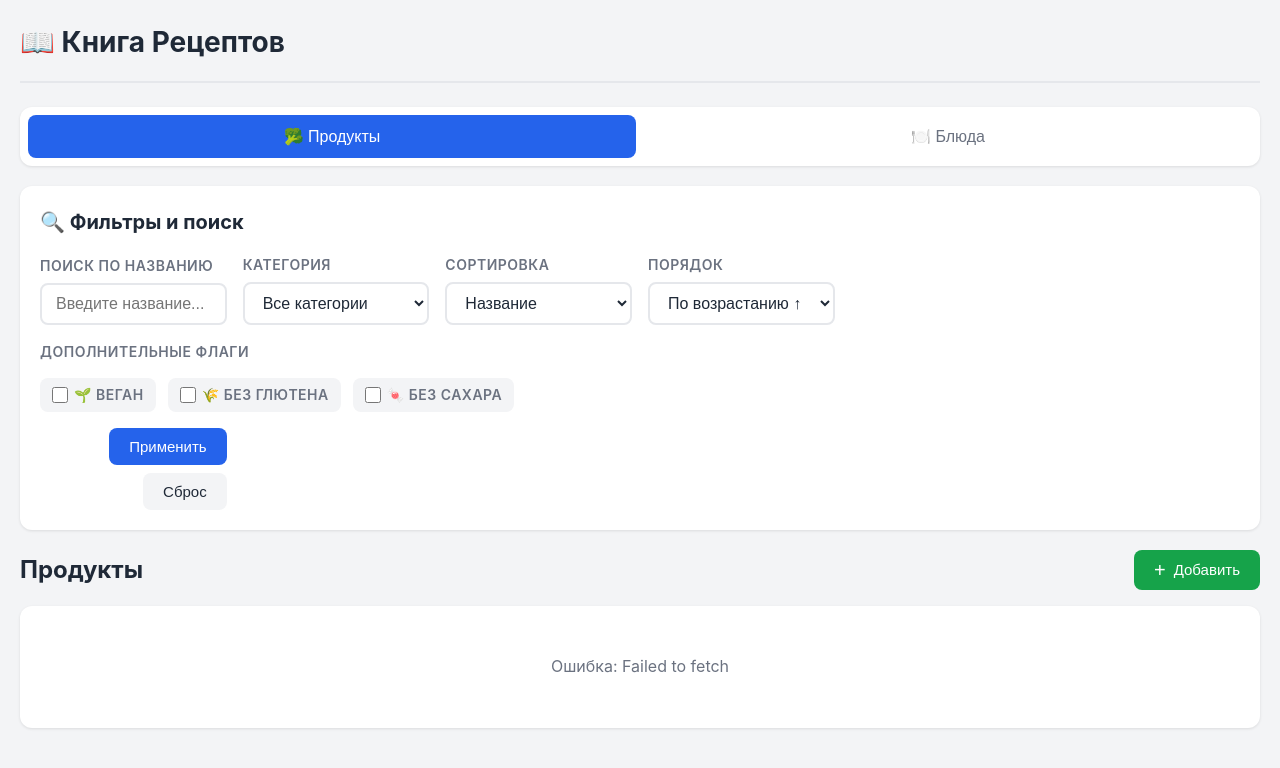
Repository: WorM1337/Testing-project
Page: Web/wwwroot/index.html
The author's editor kept a copy of each file at every save. The page is drawn from the files as they stood at one save, then again after the next save.
The browser window is 1280 px wide. The pictures show the whole page.
The page's requests for data from a server got no answer.

Above is the page before, as saved 2026-04-12 14:40:23.

After the next save:
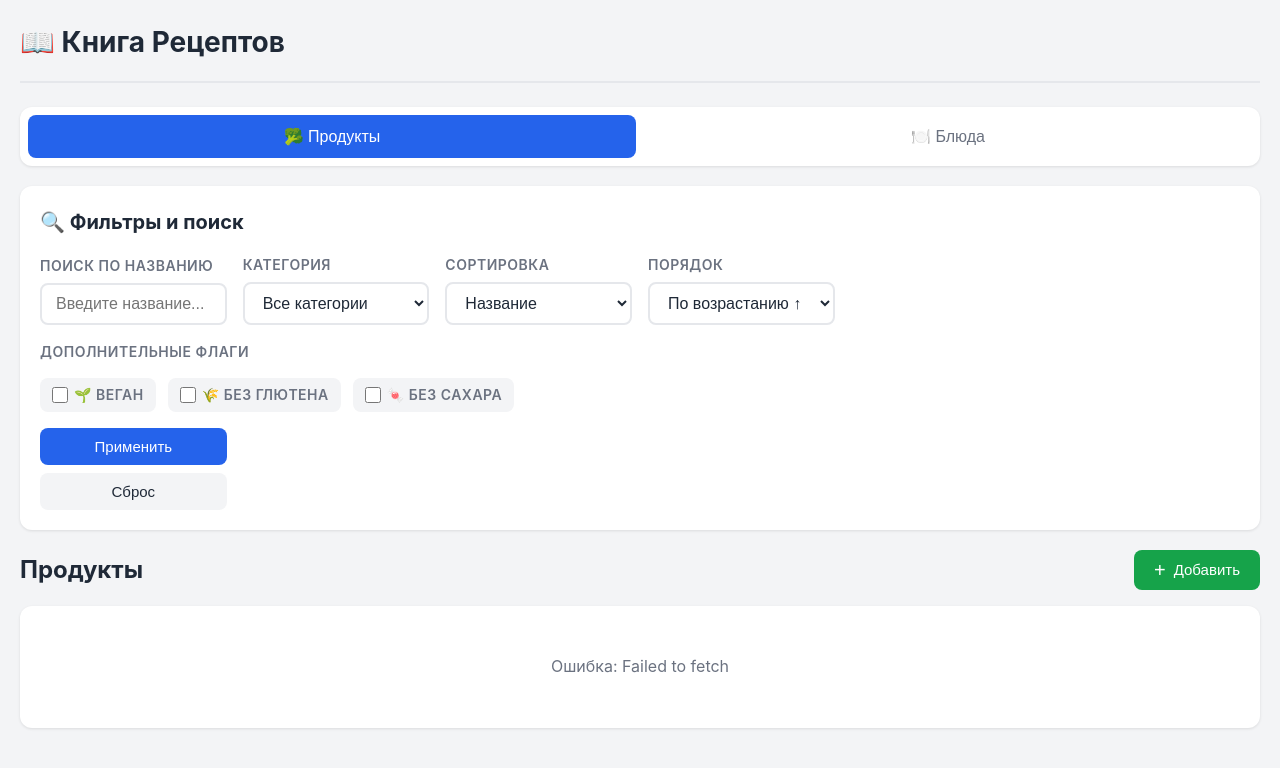
Saved 9 s later.
--- a/Web/wwwroot/css/styles.css
+++ b/Web/wwwroot/css/styles.css
@@ -210,8 +210,13 @@ textarea:focus {
 
 .filter-actions {
   display: flex;
+  flex-direction: column;
   gap: 8px;
-  align-items: flex-end;
+}
+
+.filter-actions .btn {
+  width: 100%;
+  justify-content: center;
 }
 
 /* Action Bar */
